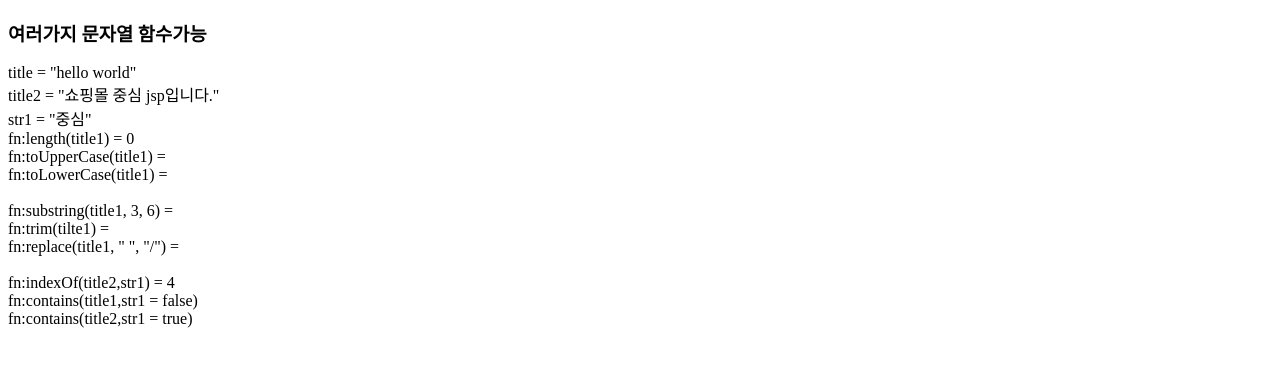
Repository: leehojun95/HJ-Developer
Page: http://localhost/webShop/sec14/test04/fnTest.jsp
The author's editor kept a copy of each file at every save. The page is drawn from the files as they stood at one save, then again after the next save.
The browser window is 1280 px wide. The pictures show the whole page.
The page is served by Tomcat 9. The template is opened directly, without the code that normally fills it, so the values that code supplies are empty.

Above is the page before, as saved 2024-04-25 08:04:49.

After the next save:
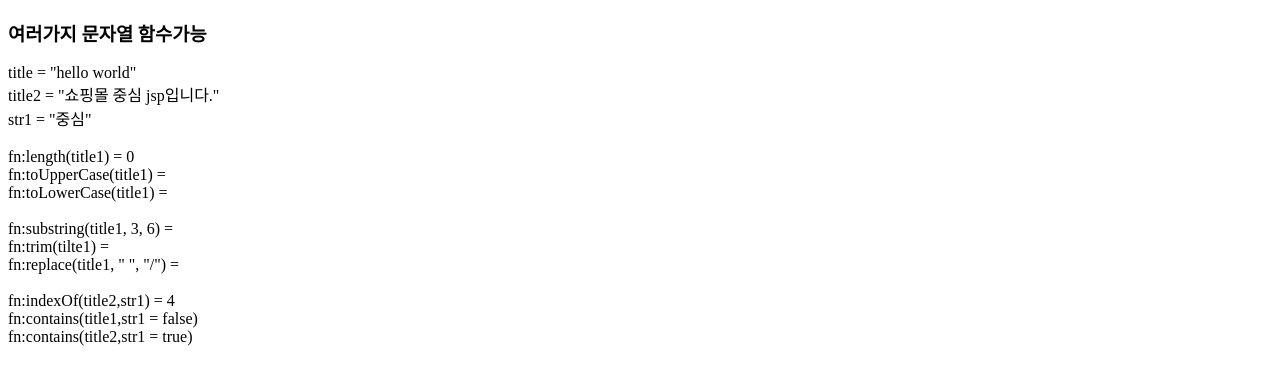
Saved 5 min 18 s later.
--- a/webShop/src/main/webapp/sec14/test04/fnTest.jsp
+++ b/webShop/src/main/webapp/sec14/test04/fnTest.jsp
@@ -19,7 +19,7 @@
 
 title = "hello world"<br>
 title2 = "쇼핑몰 중심 jsp입니다."<br>
-str1 = "중심"<br>
+str1 = "중심"<br><br>
 
 fn:length(title1) = ${fn:length(title1) }<br>
 fn:toUpperCase(title1) = ${fn:toUpperCase(title1) }<br>
